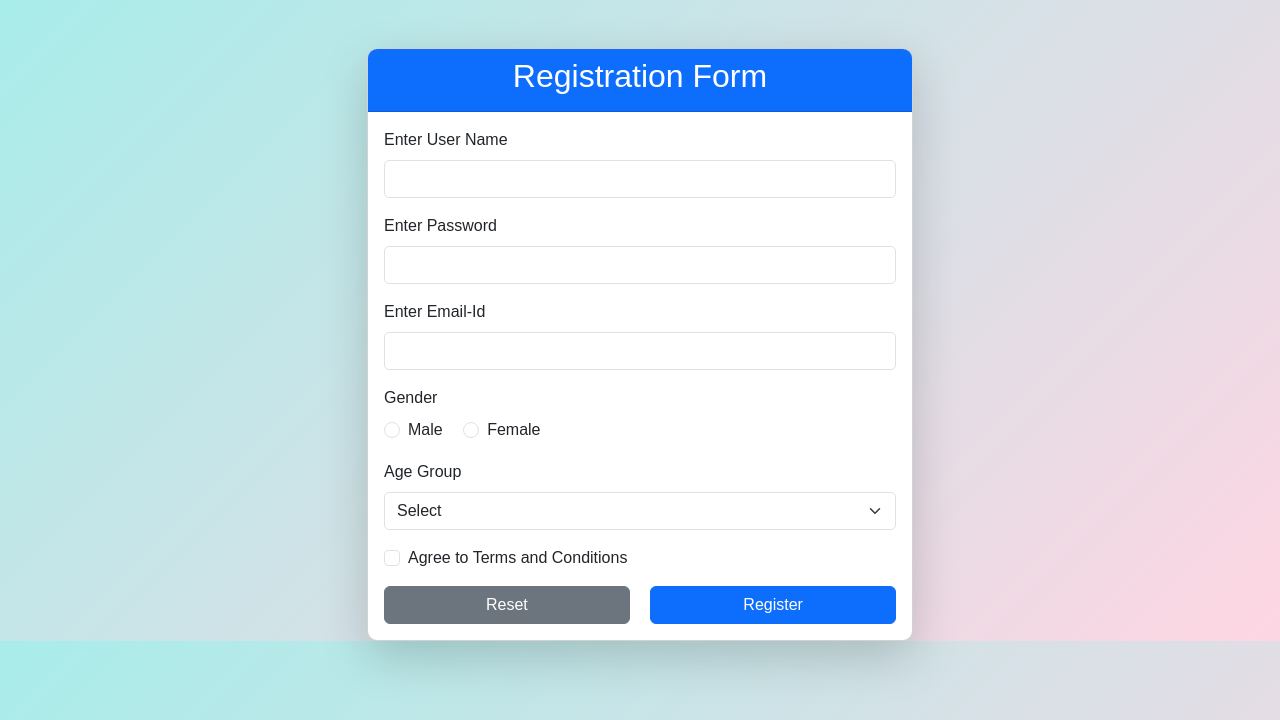
Repository: Prasad-R-Patil/WebBaseJava
Page: http://localhost/MyApp/
An editor plug-in stored every save of this project. The page is shown before and after the next save, followed by the edit.
The browser window is 1280 px wide. The pictures show the whole page.
The page is served by Tomcat 9.

Above is the page before, as saved 2025-05-14 10:37:21.

### MyApp/src/main/webapp/index.html
<!DOCTYPE html>
<html lang="en">
<head>
    <meta charset="UTF-8">
    <meta name="viewport" content="width=device-width, initial-scale=1">
    <title>Registration Form</title>

    <!-- Bootstrap CSS -->
    <link href="https://cdn.jsdelivr.net/npm/bootstrap@5.3.0/dist/css/bootstrap.min.css" rel="stylesheet">

    <!-- Custom CSS -->
    <link rel="stylesheet" href="style.css">

    <!-- JavaScript -->
    <script src="App.js" defer></script>
</head>
<body class="bg-light">

    <div class="container mt-5">
        <div class="row justify-content-center">
            <div class="col-md-6">
                <div class="card shadow-lg">
                    <div class="card-header bg-primary text-white text-center">
                        <h2>Registration Form</h2>
                    </div>
                    <div class="card-body">
                        <form action="welcome.html" method="get" onsubmit="return Validation();" name="regForm">

                            <!-- Username -->
                            <div class="mb-3">
                                <label class="form-label">Enter User Name</label>
                                <input type="text" name="textUsername" class="form-control" required>
                            </div>

                            <!-- Password -->
                            <div class="mb-3">
                                <label class="form-label">Enter Password</label>
                                <input type="password" name="textPassword" class="form-control" required>
                            </div>

                            <!-- Email -->
                            <div class="mb-3">
                                <label class="form-label">Enter Email-Id</label>
                                <input type="email" name="textEmail" class="form-control" required>
                            </div>

                            <!-- Gender -->
                            <div class="mb-3">
                                <label class="form-label">Gender</label><br>
                                <div class="form-check form-check-inline">
                                    <input type="radio" name="gender" value="male" class="form-check-input">
                                    <label class="form-check-label">Male</label>
                                </div>
                                <div class="form-check form-check-inline">
                                    <input type="radio" name="gender" value="female" class="form-check-input">
                                    <label class="form-check-label">Female</label>
                                </div>
                            </div>

                            <!-- Age Group -->
                            <div class="mb-3">
                                <label class="form-label">Age Group</label>
                                <select name="age" class="form-select">
                                    <option value="select" selected>Select</option>
                                    <option value="1-20">1-20</option>
                                    <option value="21-25">21-25</option>
                                    <option value="26-30">26-30</option>
                                    <option value="31-35">31-35</option>
                                    <option value="36-40">36-40</option>
                                    <option value="41-45">41-45</option>
                                    <option value="46-50">46-50</option>
                                </select>
                            </div>

                            <!-- Terms & Conditions -->
                            <div class="mb-3 form-check">
                                <input type="checkbox" name="term" class="form-check-input">
                                <label class="form-check-label">Agree to Terms and Conditions</label>
                            </div>

                            <!-- Buttons -->
                            <div class="d-flex justify-content-between">
                                <button type="reset" class="btn btn-secondary">Reset</button>
                                <button type="submit" class="btn btn-primary">Register</button>
                            </div>

                        </form>
                    </div>
                </div>
            </div>
        </div>
    </div>

    <!-- Bootstrap JS -->
    <script src="https://cdn.jsdelivr.net/npm/bootstrap@5.3.0/dist/js/bootstrap.bundle.min.js"></script>
</body>
</html>

### MyApp/src/main/webapp/Resource/style.css
@charset "ISO-8859-1";

/* General Styles */
body {
	background: linear-gradient(135deg, #a8edea, #fed6e3);
    font-family: 'Arial', sans-serif;
}

/* Card Styling */
.card {
    border-radius: 10px;
    overflow: hidden;
}

/* Header Styling */
.card-header {
    font-size: 24px;
    font-weight: bold;
}

/* Form Inputs */
.form-control, .form-select {
    border-radius: 5px;
}

/* Buttons */
.btn {
    width: 48%;
}

/* Checkbox Styling */
.form-check-label {
    font-weight: 500;
}

/* Responsive Design */
@media (max-width: 576px) {
    .btn {
        width: 100%;
    }
}

### MyApp/src/main/webapp/Resource/App.js

function Validation()
{

	if(document.regForm.textUsername.value=="")
	{
		alert("Please Enter UserName");
		return false;
	}

	var password = document.regForm.textPassword.value;
    var regex = /^(?=.*[A-Za-z])(?=.*\d)[A-Za-z\d]{8,}$/;

	if (!regex.test(password))
	{
	    alert("Password must be at least 8 characters long and contain at least one letter and one number.");
	    return false;
	}

	var email = document.regForm.textEmail.value;
	var emailRegex = /^[a-zA-Z0-9._%+-]+@[a-zA-Z0-9.-]+\.[a-zA-Z]{2,}$/;

	if (!emailRegex.test(email))
	{
	    alert("Please enter a valid email address.");
	    return false;
	}

	if((document.regForm.gender[0].checked==false) && (document.regForm.gender[1].checked==false))
	{
		alert("Please Select The Gender");
		return false;
	}

	if(document.regForm.age.selectedIndex==0)
	{
		alert("Please Select Age Group");
		return false;
	}

	if(document.regForm.term.checked==false)
	{
		alert("Accept Terms and Condition...");
		return false;
	}

}

After the next save:
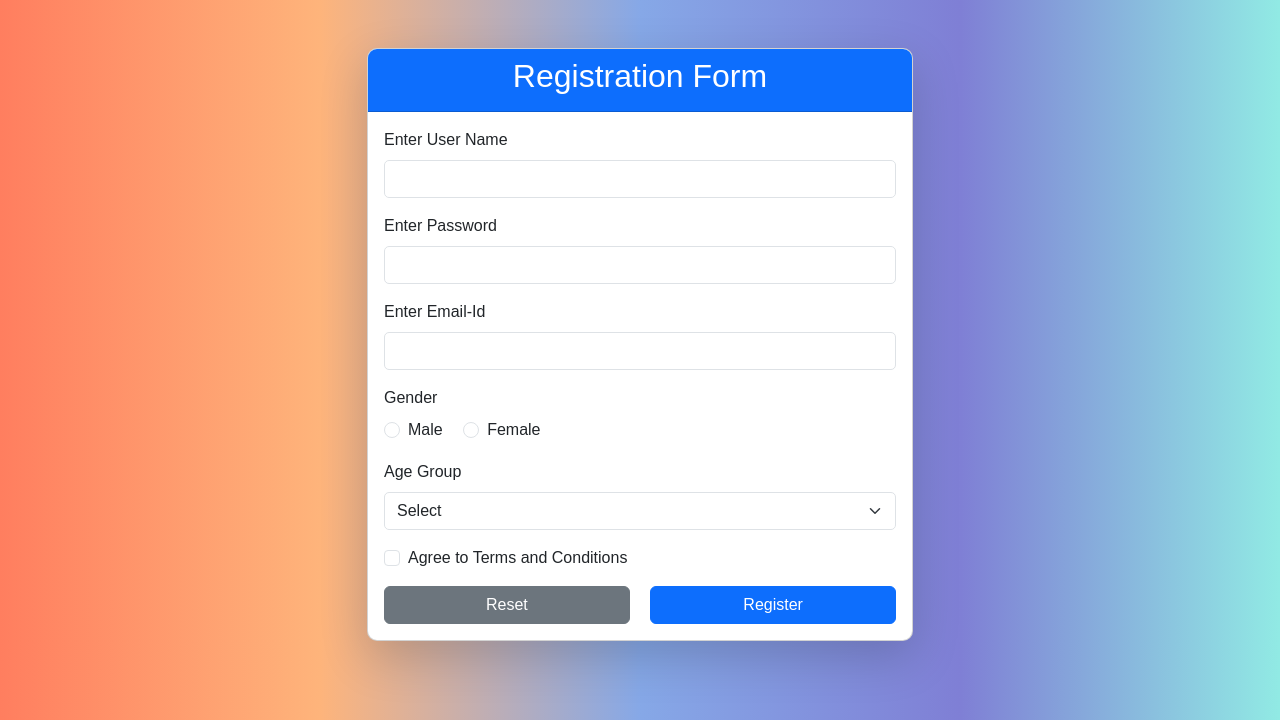
Saved 2 min 50 s later.
--- a/MyApp/src/main/webapp/Resource/style.css
+++ b/MyApp/src/main/webapp/Resource/style.css
@@ -2,8 +2,8 @@
 
 /* General Styles */
 body {
-	background: linear-gradient(135deg, #a8edea, #fed6e3);
     font-family: 'Arial', sans-serif;
+    background: linear-gradient(to right, #ff7e5f, #feb47b, #86a8e7, #7f7fd5, #91eae4);
 }
 
 /* Card Styling */
